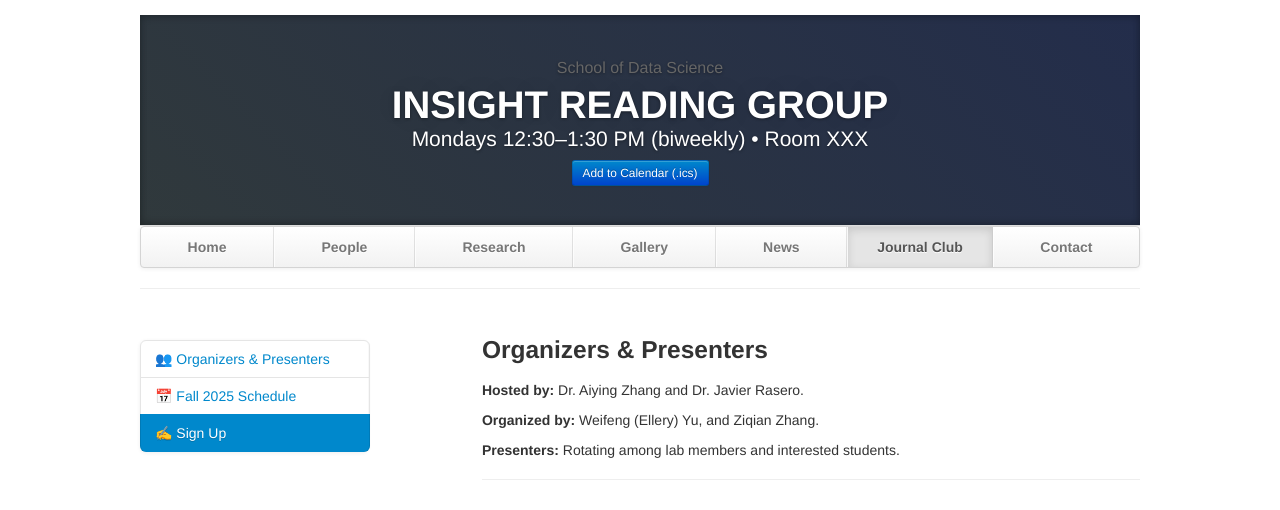
Repository: nbillab/nbillab.io
Page: journalclub.html
The author's editor kept a copy of each file at every save. The page is drawn from the files as they stood at one save, then again after the next save.
The browser window is 1280 px wide. The pictures show the part of the page from y = 0 to 510 px (the page is 1501 px tall).
Pictures or frames that could not be fetched are drawn as grey boxes.

Above is the page before, as saved 2025-09-09 11:18:10.

After the next save:
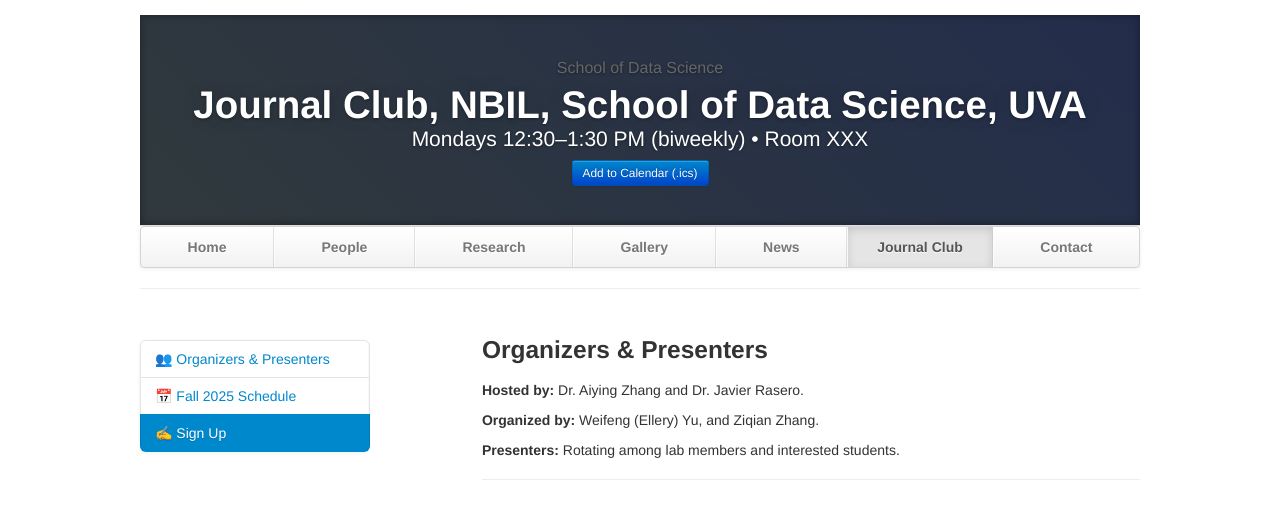
Saved 2 min 41 s later.
--- a/journalclub.html
+++ b/journalclub.html
@@ -69,7 +69,7 @@
   <div class="container">
     <header class="jumbotron subhead" id="overview">
       <p class="lead tiny">School of Data Science</p>
-      <h1 class="hero-title">INSIGHT READING GROUP</h1>
+      <h1 class="hero-title">Journal Club, NBIL, School of Data Science, UVA</h1>
       <p class="lead">Mondays 12:30–1:30 PM (biweekly) • Room XXX</p>
       <p class="ics-box">
         <a class="btn btn-small btn-primary" href="nbil_journal_club_fall2025.ics">Add to Calendar (.ics)</a>
